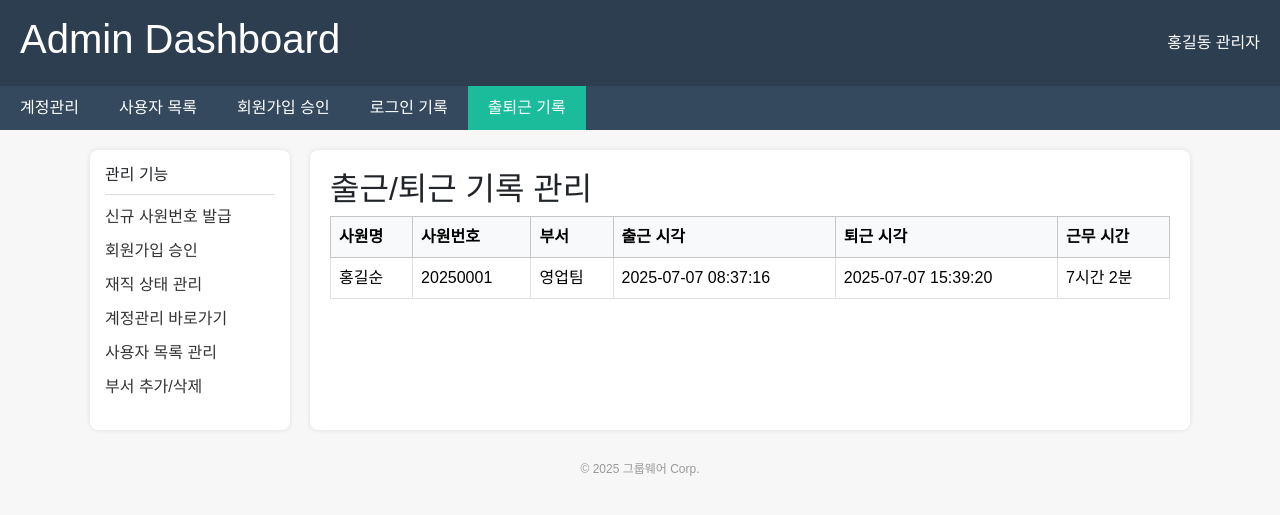
Repository: hyunbin7664/web-java-workspace
Page: groupware/src/main/webapp/admin_attendance_log.html
These files come from the project's save history. The page is drawn as it stood at one moment and after the next save; the edit follows.
The browser window is 1280 px wide. The pictures show the whole page.

Above is the page before, as saved 2025-07-07 08:14:08.

After the next save:
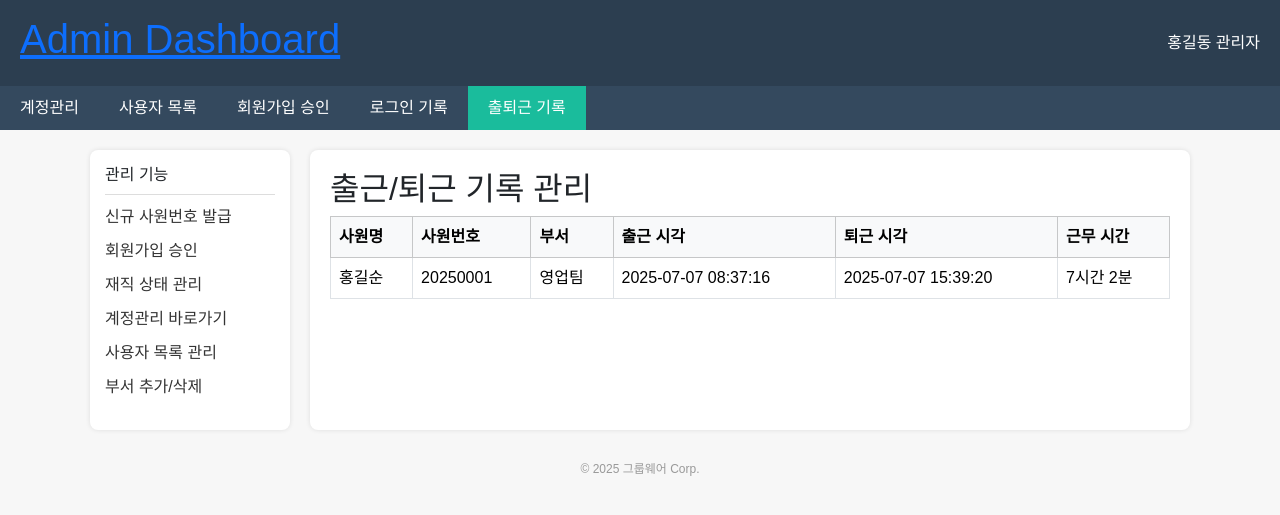
Saved 31 s later.
--- a/groupware/src/main/webapp/admin_attendance_log.html
+++ b/groupware/src/main/webapp/admin_attendance_log.html
@@ -96,7 +96,8 @@ footer {
 </head>
 <body>
 	<header>
-		<h1>Admin Dashboard</h1>
+		<h1>
+			<a href="user_list.html">Admin Dashboard</a></h1>
 		<div>홍길동 관리자</div>
 	</header>
 	<nav>
